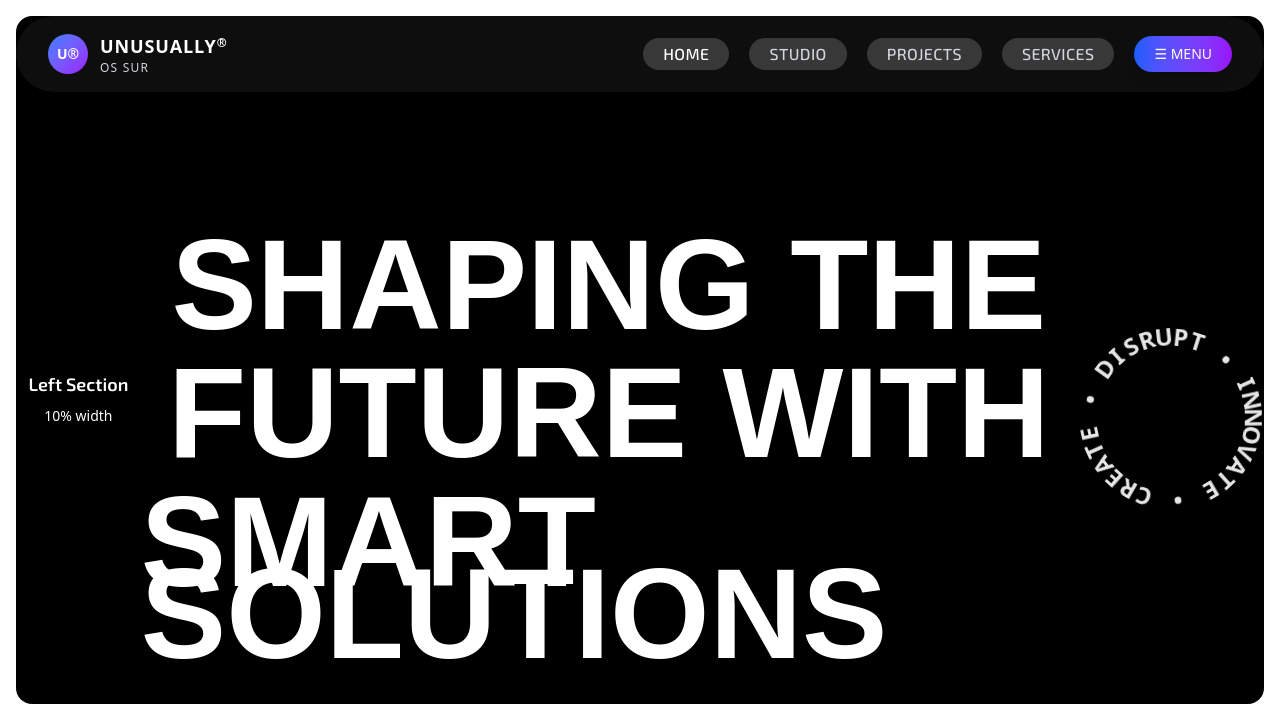
Repository: A-y-u-s-h-29/Digital-Express-India-With-Carrer-Page-And-RazorPay
Page: / (app in op/)
The author's editor kept a copy of each file at every save. The page is drawn from the files as they stood at one save, then again after the next save.
The browser window is 1280 px wide. The pictures show the whole page.
Some web fonts or font styles are not loaded; a fallback is used. The project was rebuilt for these pictures with package versions that can differ from the ones it lists, and the page was loaded fresh each time. Also part of the build but not shown: op/vite.config.js.

Above is the page before, as saved 2025-12-04 15:17:05.

After the next save:
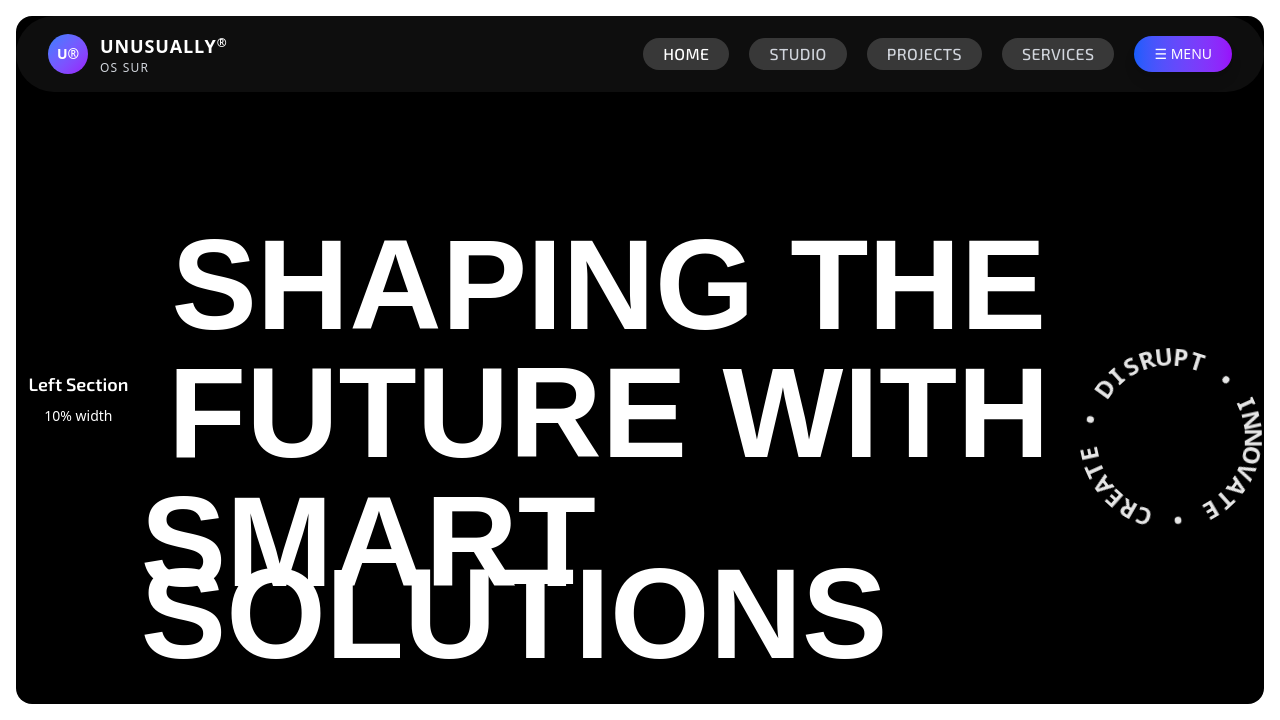
Saved 7 s later.
--- a/op/src/components/Home.jsx
+++ b/op/src/components/Home.jsx
@@ -51,7 +51,7 @@ function Home() {
           {/* Right Column - 15% width */}
           <div className="w-[15%] flex flex-col items-center justify-center ">
             {/* Vertical Circular Text */}
-            <div className="relative h-full flex items-center justify-center mt-10">
+            <div className="relative h-full flex items-center justify-center mt-20">
               <CircularText
                 text="INNOVATE • CREATE • DISRUPT • "
                 spinDuration={30}
